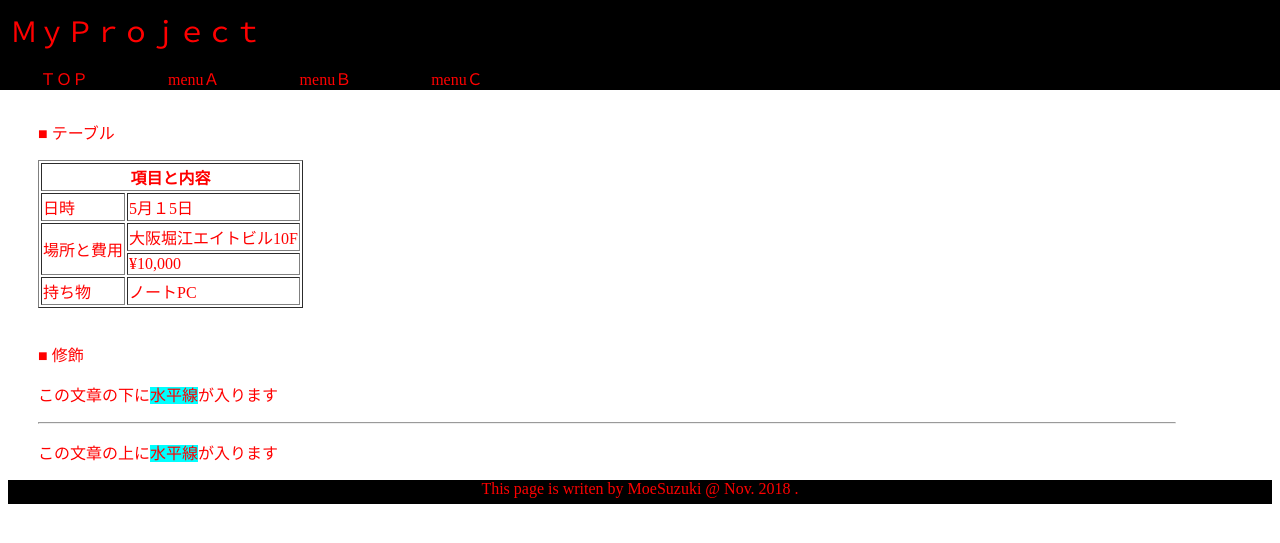
Repository: user10112018/test
Page: http://localhost/MyProject/
The author's editor kept a copy of each file at every save. The page is drawn from the files as they stood at one save, then again after the next save.
The browser window is 1280 px wide. The pictures show the whole page.
The page is served by Tomcat 9. Other server files are loaded and not shown.

Above is the page before, as saved 2018-11-14 02:48:24.

### MyProject/WebContent/index.jsp
<%@ page language="java" contentType="text/html; charset=UTF-8"
    pageEncoding="UTF-8"%>
<%@ taglib prefix="s" uri="/struts-tags" %>
<!DOCTYPE html>
<html>
<head>
<meta charset="UTF-8">
<link rel="stylesheet" href="./css/style01.css">

<title>Index</title>



</head>


<body>
<!-- ============== ココカラ =============== -->

<!-- ==== header ===== -->
<header>

<div id="logo">ＭｙＰｒｏｊｅｃｔ</div>



<div id="menu">

<ul>
   <li>ＴＯＰ</li>
   <li>menuＡ</li>
   <li>menuＢ</li>
   <li>menuＣ</li>
</ul>

</div>

</header>

<!-- ==== main ===== -->

<main>

<div id="main-container">

<p>■ テーブル</p>
<table border="1">
     <tr><th colspan="2">項目と内容</th></tr>
     <tr><td>日時</td><td>5月１5日</td></tr>
     <tr><td rowspan="2">場所と費用</td><td>大阪堀江エイトビル10F</td></tr>
     <tr><td>¥10,000</td></tr>
     <tr><td>持ち物</td><td>ノートPC</td></tr>
</table>

<br>

<p>■ 修飾</p>
<p>この文章の下に<span style="background:aqua;">水平線</span>が入ります</p>
<!-- 水平線を入れたいときには<hr>タグ -->
<hr>
<p>この文章の上に<span style="background:aqua;">水平線</span>が入ります</p>

</div>

</main>
<!-- ==== footer ===== -->

<footer>
<p>This page is writen by MoeSuzuki @ Nov. 2018 .</p>
</footer>

</body>

</html>

### MyProject/WebContent/css/style01.css
@CHARSET "UTF-8";

body {
	color: red;
}


header{
/* 	position: absolute; だとスクロールで見えなくなる */
/* 	position: absolute; */
/* 	position: fixed; だとスクロールしても動かない */
	position: fixed;
	left: 0px;
	top: 0px;
	background-color: black;
	width: 100%;
}


#logo{
	font-size: 28px;
/* 	color: red; */
/* 	font-family:  */
    padding-top: 10px;
    padding-left: 10px;


}

#menu{
/* 	width: 100%; */
	heiht: 70px;
	background-color: black;
}

#menu ul{
/* 	padding-right: 20px; */

}

#menu ul li{
	float: left;
	list-style: none;
/* 	color: red; */
	font-size: 16px;
	padding-right: 80px;
/* 	text-align: left; */
    height: 24px;
}

main{
	clear: both;
}

#main-container{
	width: 90%;
	margin-top: 120px;
	margin-left: 30px;
/* 	left: 30px; */
}

footer{
	clear: both;
/* 	position: absolute; */
	background-color: black;
	height: 24px;
/* 	margin-top: 10px; */
	margin-bottom: 0px;
	margin-left: 0px;
	width: 100%;
/* 	margin: 0 auto; */
	text-align: center;

}

After the next save:
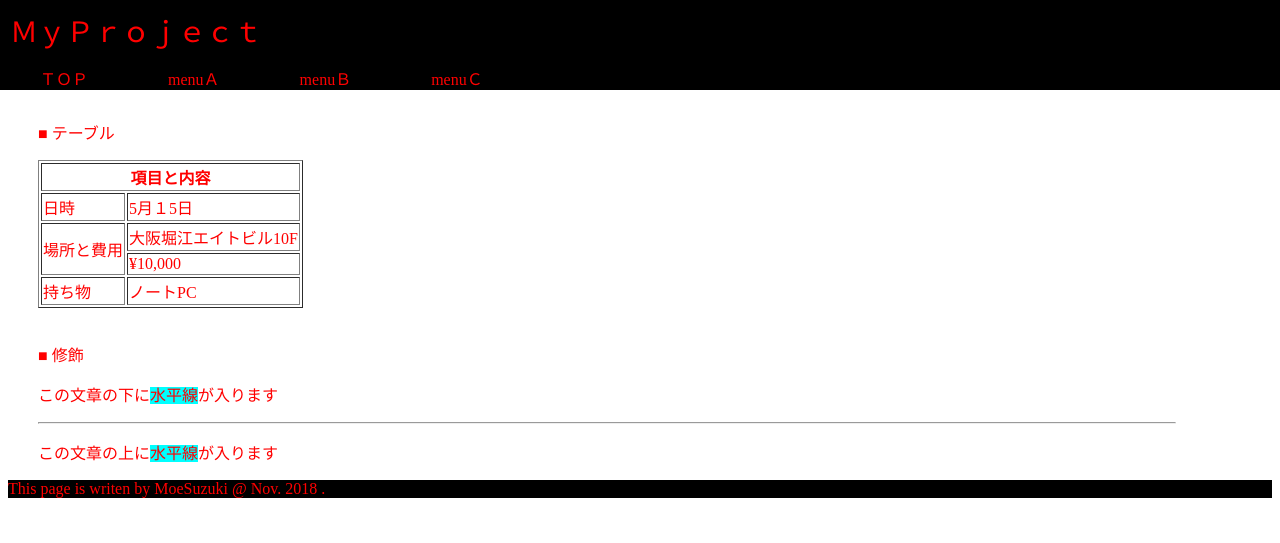
Saved 111 s later.
--- a/MyProject/WebContent/css/style01.css
+++ b/MyProject/WebContent/css/style01.css
@@ -60,15 +60,16 @@
 }
 
 footer{
-	clear: both;
+/* 	clear: both; */
 /* 	position: absolute; */
 	background-color: black;
-	height: 24px;
+	width: 100%;
+/* 	height: 24px; */
 /* 	margin-top: 10px; */
-	margin-bottom: 0px;
-	margin-left: 0px;
-	width: 100%;
+/* 	margin-bottom: 0px; */
+/* 	margin-left: 0px; */
+
 /* 	margin: 0 auto; */
-	text-align: center;
+/* 	text-align: center; */
 
 }
